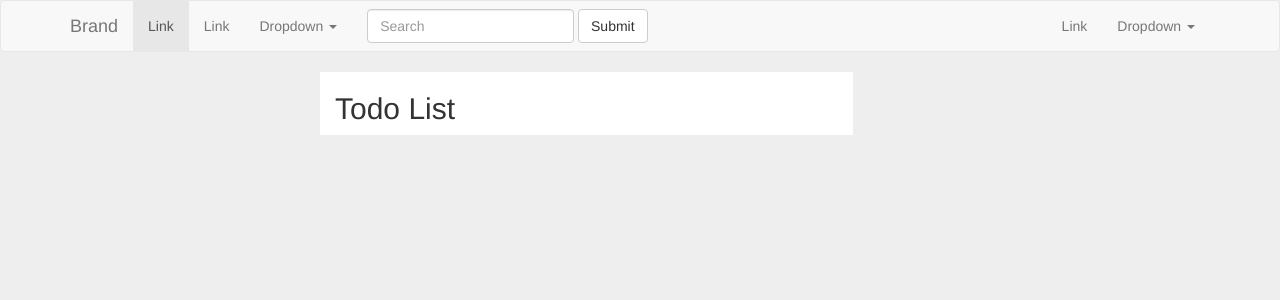
Repository: neoighodaro-articles/migrating-to-laravel
Page: http://localhost/pages/home.php
An editor plug-in stored every save of this project. The page is shown before and after the next save, followed by the edit.
The browser window is 1280 px wide. The pictures show the whole page.
The page is run by PHP 8.4 with error messages shown; the project is at /var/www/html/.

Above is the page before, as saved 2018-06-12 20:00:11.

After the next save:
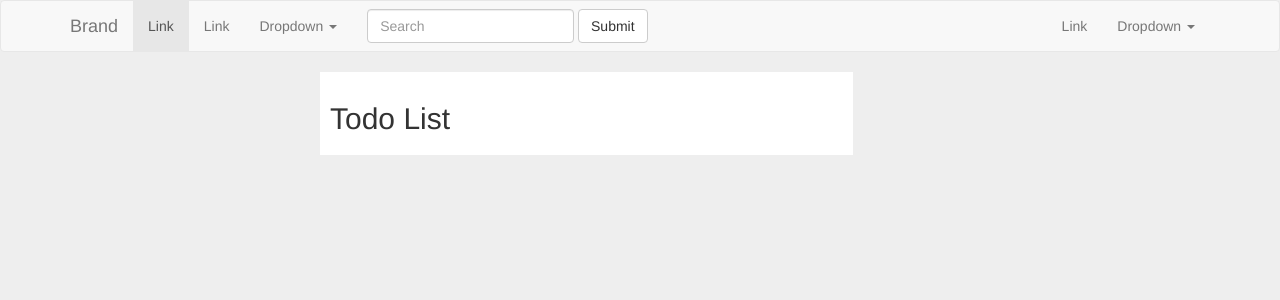
Saved 12 s later.
--- a/vanilla/pages/home.php
+++ b/vanilla/pages/home.php
@@ -68,7 +68,7 @@
 
 </nav>
 
-  <div class="col-md-5 col-md-offset-3" style="background: #FFF">
+  <div class="col-md-5 col-md-offset-3" style="background: #FFF;padding: 10px">
     <h2>Todo List</h2>
   </div>
 </body>
